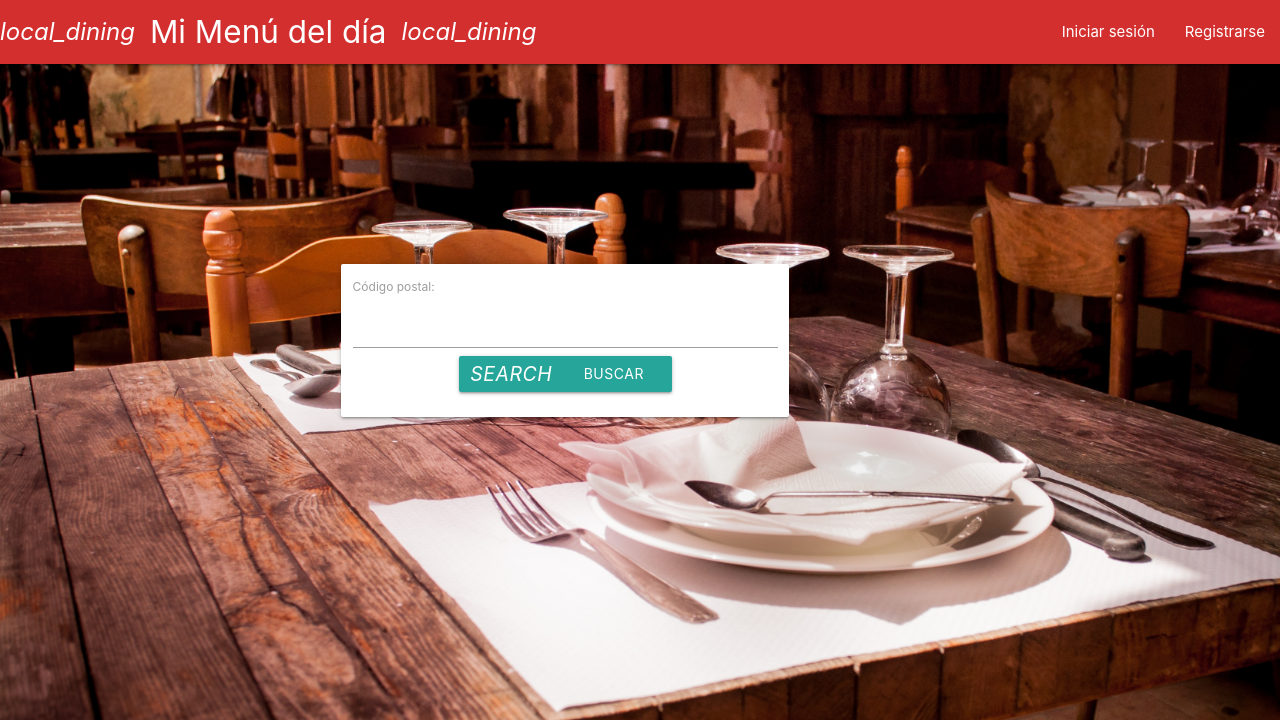
Repository: ixtab/ProyectoJavaRestaurante
Page: http://localhost/MiMenu/
An editor plug-in stored every save of this project. The page is shown before and after the next save, followed by the edit.
The browser window is 1280 px wide. The pictures show the whole page.
The page is served by Tomcat 9.

Above is the page before, as saved 2019-03-17 19:40:11.

### MiMenu/WebContent/index.jsp
<%@ page language="java" contentType="text/html; charset=ISO-8859-1"
    pageEncoding="ISO-8859-1"%>
<!DOCTYPE html>
<html>
<head>
	<meta charset="utf-8">
      <link href="https://fonts.googleapis.com/icon?family=Material+Icons" rel="stylesheet">
      <link type="text/css" rel="stylesheet" href="css/materialize.min.css"  media="screen,projection"/>
      <link type="text/css" rel="stylesheet" href="css/style.css" />
      <meta name="viewport" content="width=device-width, initial-scale=1.0"/>
	<title>Mi Menú del día</title>

</head>
<body>

	<header>
			<nav>
			    <div class="red darken-2 nav-wrapper">
			      <a href="#" class="brand-logo"><i class="large material-icons">local_dining</i> Mi Menú del día <i class="large material-icons right">local_dining</i></a>
			      <ul id="nav-mobile" class="right hide-on-med-and-down">
			        <li><a href="iniciar.jsp">Iniciar sesión</a></li>
			        <li><a href="registro.jsp">Registrarse</a></li>
			      </ul>
			    </div>
			  </nav>
		</header>

	<div class="margen-superior container row">

		<div class="margen-superior card-panel col s6 offset-s2 padding">

			<form class = "flow-text">
				<label >Código postal:<input type="text" id="cp"></label>
			</form>
			<a class=" margen-inferior waves-effect waves-light btn col s6 offset-s3 hoverable" onclick="buscar()"><i class="material-icons left">search</i>Buscar</a>
		</div>
	</div>


	<script type="text/javascript" src="js/materialize.min.js"></script>
</body>
</html>

### MiMenu/WebContent/css/style.css
html {
    background: url(../img/fondo.jpg) no-repeat center center fixed;
    -webkit-background-size: cover;
    -moz-background-size: cover;
    -o-background-size: cover;
    background-size: cover;
}

body {

}


.margen-superior {
	margin-top: 100px;
}

.margen-inferior {
	margin-bottom: 25px;
}

.mapa {
	display: none;
}

.transparente {
	opacity: 0;
}

Loaded but not shown: MiMenu/WebContent/css/materialize.min.css (library); MiMenu/WebContent/js/materialize.min.js (library)

After the next save:
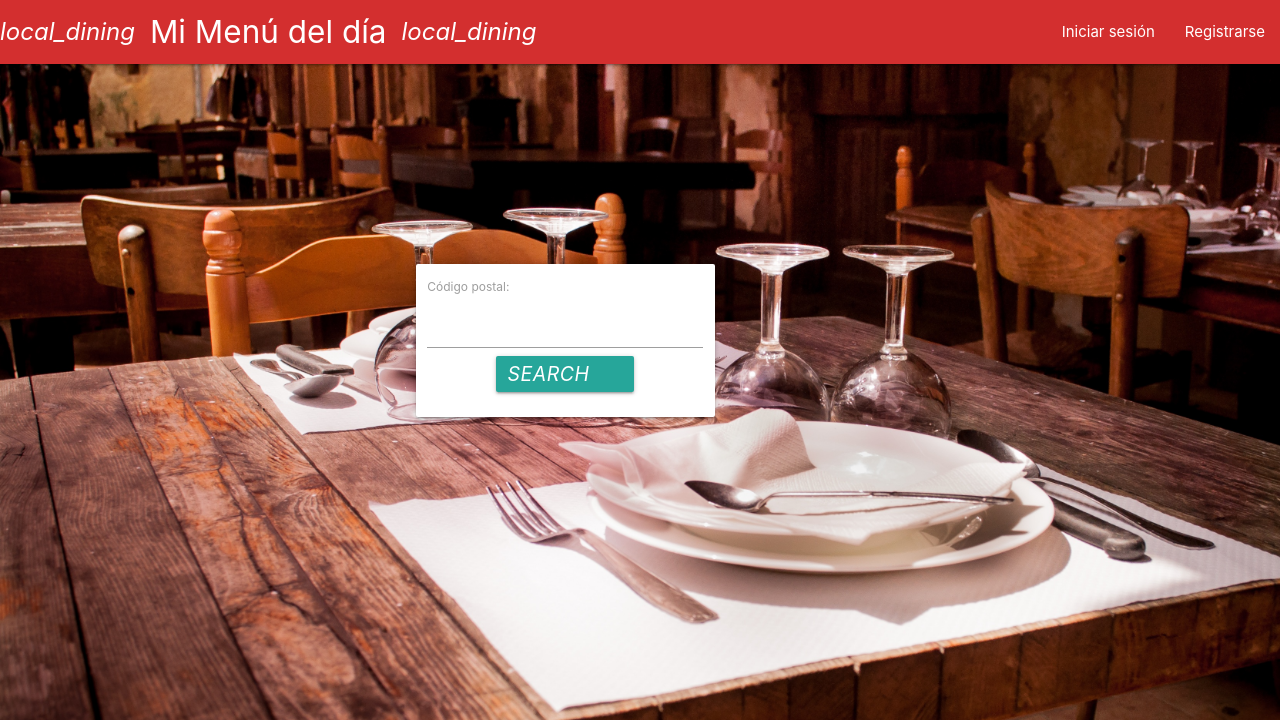
Saved 35 s later.
--- a/MiMenu/WebContent/index.jsp
+++ b/MiMenu/WebContent/index.jsp
@@ -26,8 +26,7 @@
 		</header>
 
 	<div class="margen-superior container row">
-
-		<div class="margen-superior card-panel col s6 offset-s2 padding">
+		<div class="margen-superior card-panel col s4 offset-s3 padding">
 
 			<form class = "flow-text">
 				<label >Código postal:<input type="text" id="cp"></label>
